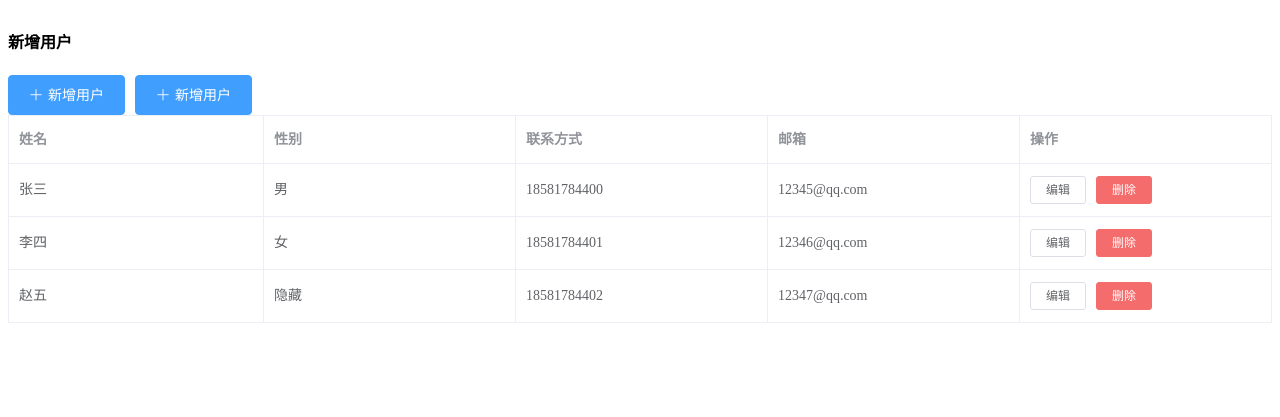
Repository: xinwuhao/New-user
Page: /
The author's editor kept a copy of each file at every save. The page is drawn from the files as they stood at one save, then again after the next save.
The browser window is 1280 px wide. The pictures show the whole page.
The project was rebuilt for these pictures with package versions that can differ from the ones it lists, and the page was loaded fresh each time.

Above is the page before, as saved 2021-12-21 15:59:52.

After the next save:
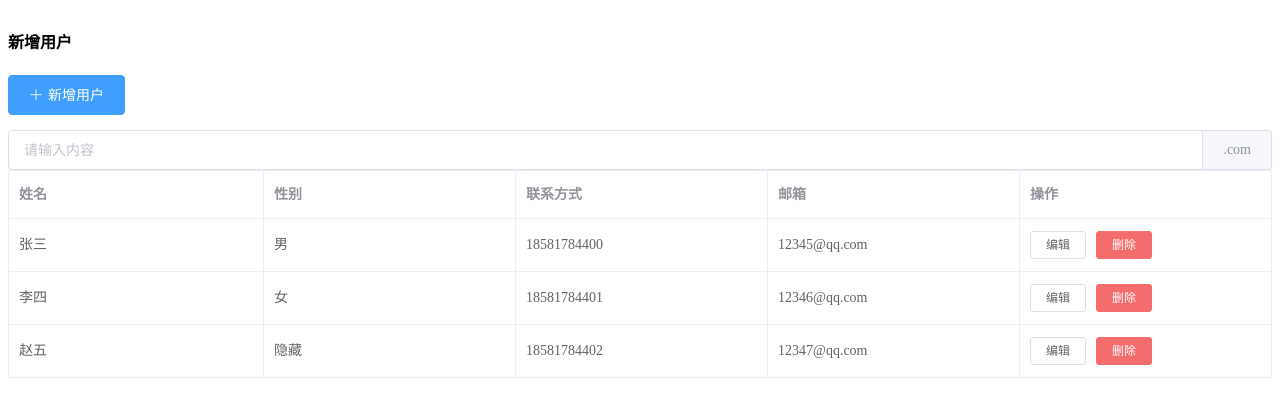
Saved 116 s later.
--- a/src/views/Home.vue
+++ b/src/views/Home.vue
@@ -9,12 +9,11 @@
           @click="dialogVisible = true"
           >新增用户</el-button
         >
-        <el-button
-          type="primary"
-          icon="el-icon-plus"
-          @click="dialogVisible = true"
-          >新增用户</el-button
-        >
+        <div style="margin-top: 15px">
+          <el-input placeholder="请输入内容" v-model="input2">
+            <template slot="append">.com</template>
+          </el-input>
+        </div>
         <el-dialog title="提示" :visible.sync="dialogVisible" width="30%">
           <el-form
             :model="ruleForm"
@@ -59,9 +58,7 @@
           <el-table-column prop="mailbox" label="邮箱"> </el-table-column>
           <el-table-column label="操作">
             <template slot-scope="scope">
-              <el-button
-                size="mini"
-                @click="Edit(scope.$index, scope.row)"
+              <el-button size="mini" @click="Edit(scope.$index, scope.row)"
                 >编辑</el-button
               >
               <el-button
@@ -164,9 +161,13 @@ export default {
       this.dialogVisible = false;
     },
     //编辑
-    Edit(index, row){console.log(index, row);},
+    Edit(index, row) {
+      console.log(index, row);
+    },
     //删除
-    Delete(index, row){console.log(index, row);},
+    Delete(index, row) {
+      console.log(index, row);
+    },
   },
   mounted() {},
   computed: {},
